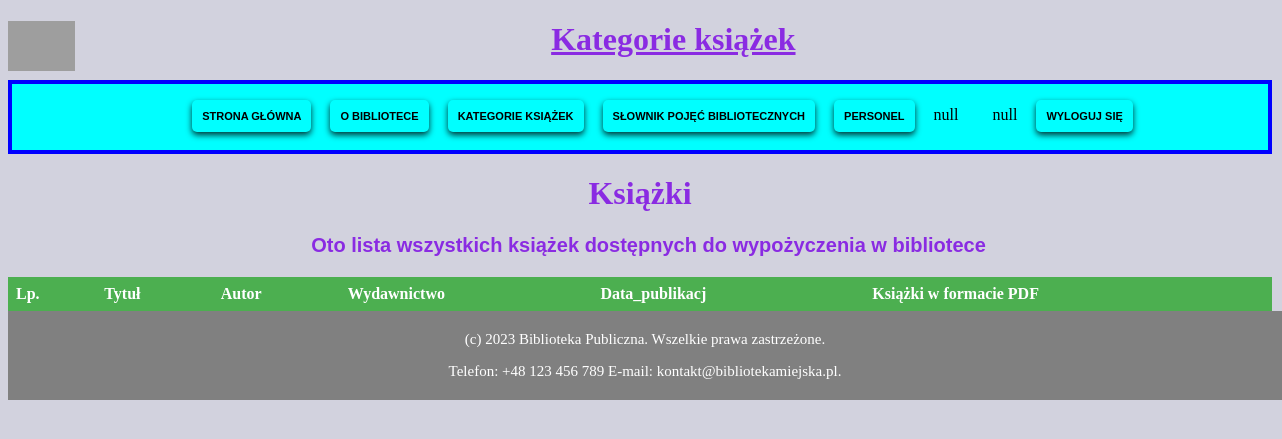
Repository: Dominik098/projekt
Page: http://localhost/biblioteka/C_Kategorie-książek.jsp
The author's editor kept a copy of each file at every save. The page is drawn from the files as they stood at one save, then again after the next save.
The browser window is 1280 px wide. The page is 1282 px wide, so the pictures cover 1282 px, including what lies to the right of the window. The pictures show the whole page.
Pictures or frames that could not be fetched are drawn as grey boxes. The page is served by Tomcat 9. Queries for data that is not in the repository find no rows.

Above is the page before, as saved 2023-06-20 17:38:29.

After the next save:
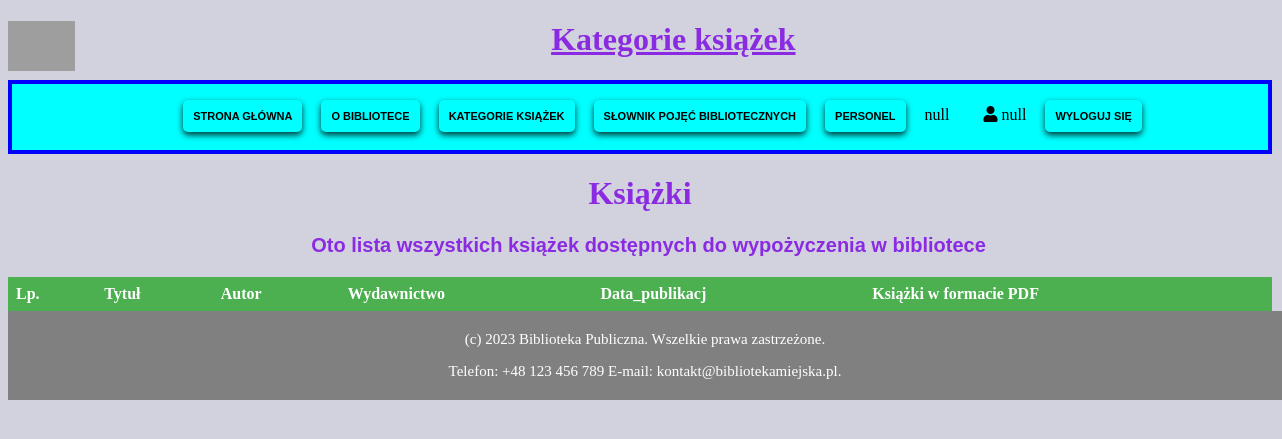
Saved 6 s later.
--- a/java projekt/biblioteka/src/main/webapp/C_Kategorie-książek.jsp
+++ b/java projekt/biblioteka/src/main/webapp/C_Kategorie-książek.jsp
@@ -40,7 +40,7 @@
                <!-- <li class="znacznik"><a href="G_login.jsp">Logowanie</a></li>
                 <li class="znacznik"><a href="H_rejestracja.jsp">Rejestracja</a></li>-->
                 <li> <a > <%=session.getAttribute("administrator") %></a><li>
-                <li ><a > <%=session.getAttribute("email-login") %> </a></li>
+                <li ><i class="fa fa-user"></i><a > <%=session.getAttribute("email-login") %> </a></li>
                 <li  ><a href="#" onclick="confirmLogout()"><button class="wyloguj" >Wyloguj się</button></a></li>
 
 
